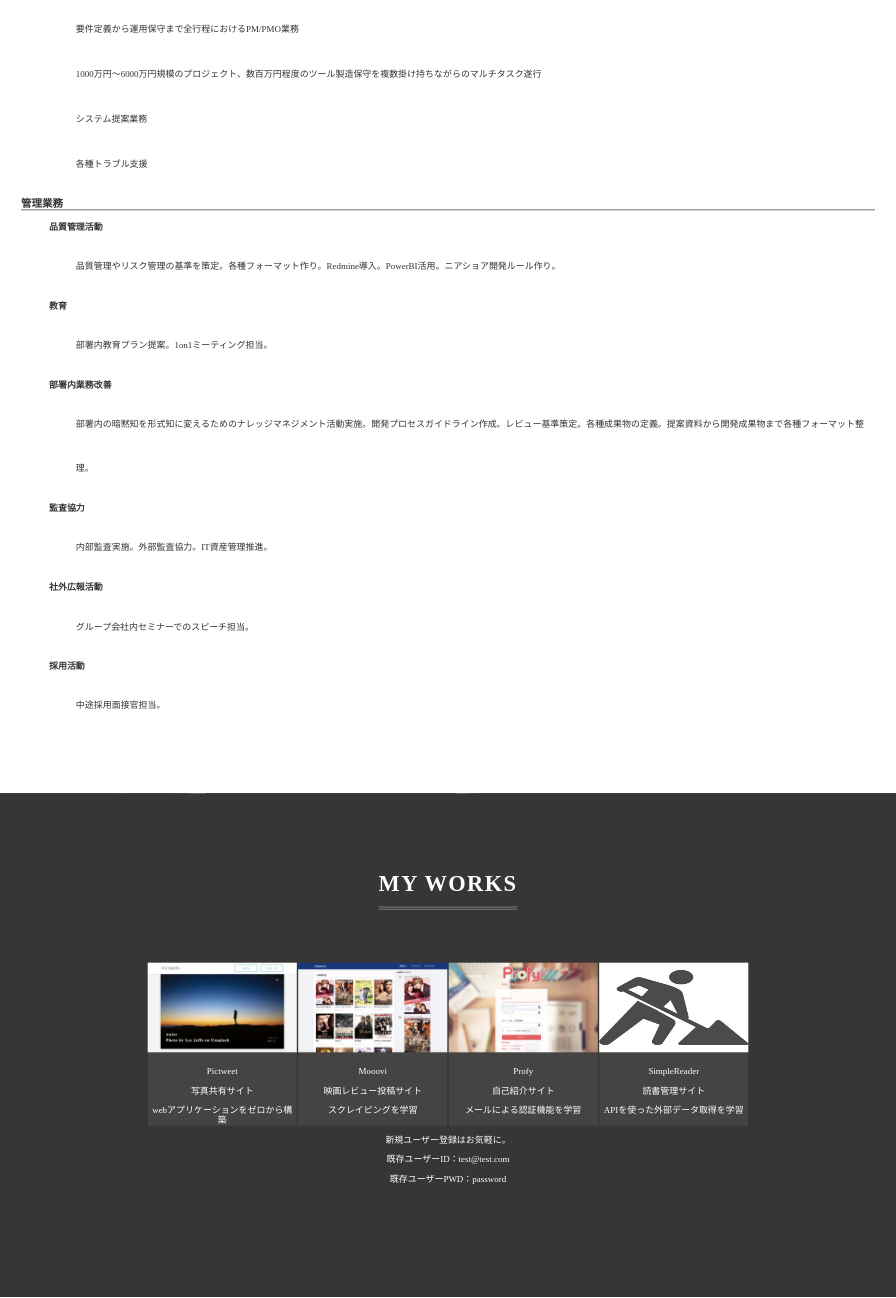
Repository: dackelteckel/myworks
Page: http://localhost/
The author's editor kept a record of every edit. The page is drawn from the files as they stood at one moment, then again after the next edit.
The browser window is 1280 px wide. The pictures show the part of the page from y = 1645 to 3565 px (the page is 3499 px tall before and 3565 px after), at 70% of full size.
Backgrounds fixed to the window are drawn as part of the page. The page is run by PHP 8.4 with error messages shown; the project is at /var/www/html/.

Above is the page before.

After the next edit:
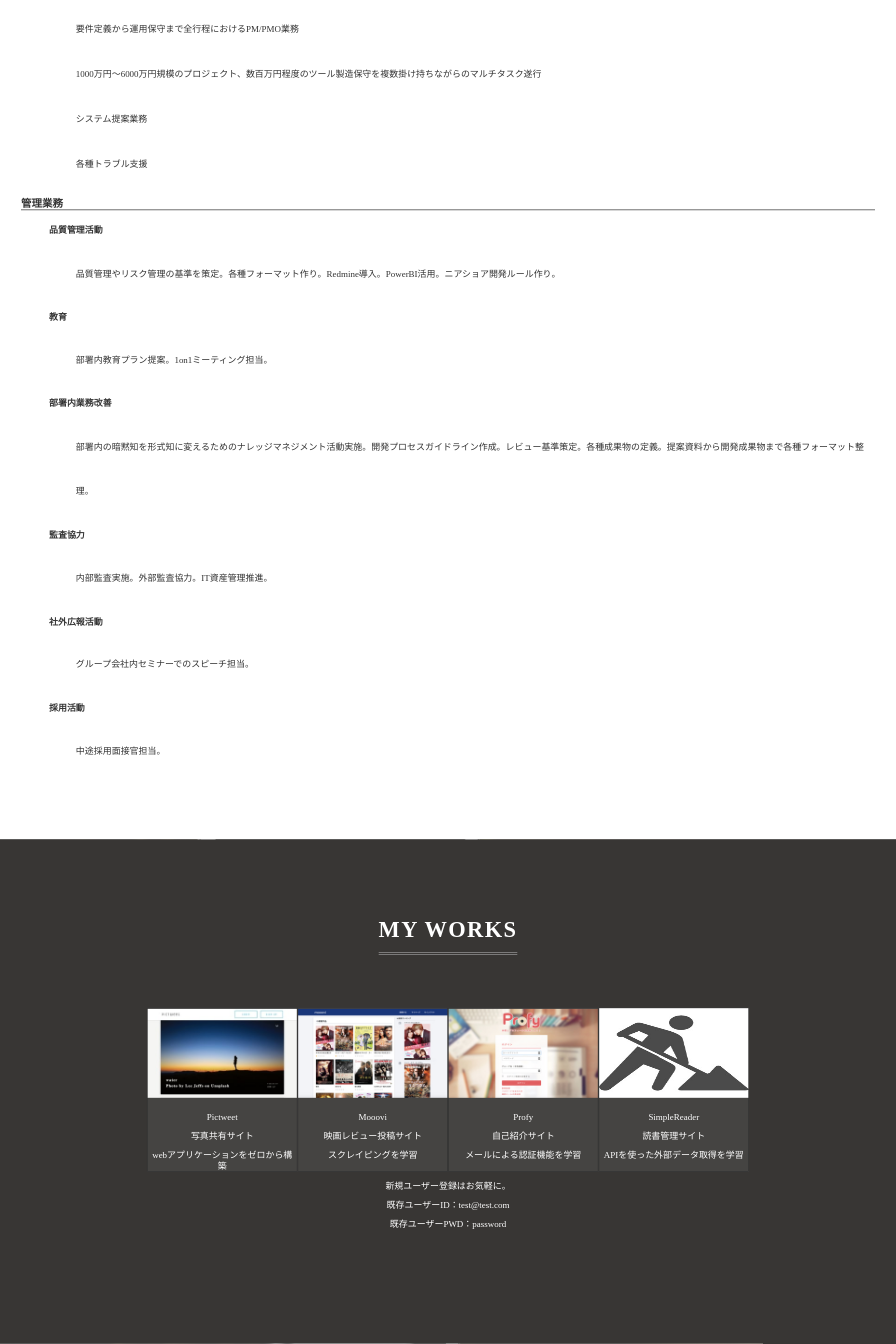
The edit:
--- a/style.css
+++ b/style.css
@@ -111,7 +111,7 @@
 }
 
 .career-text h4 {
-  /*line-height: 2;*/
+  line-height: 2;
 }
 
 .career-text li {
